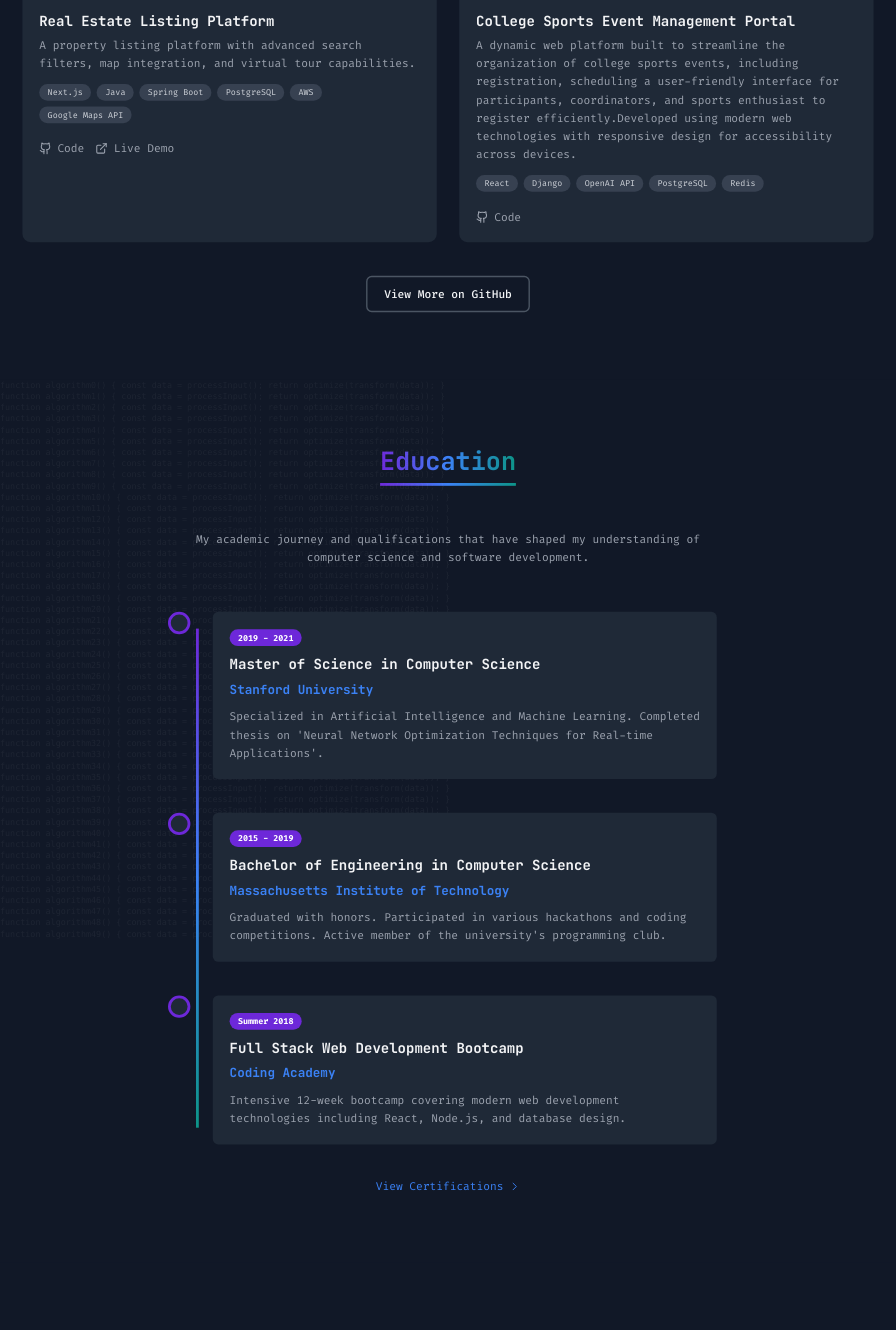
Repository: Saquib45/portfolio
Page: /
These files come from the project's save history. The page is drawn as it stood at one moment and after the next save; the edit follows.
The browser window is 1280 px wide. The pictures show the part of the page from y = 3520 to 5420 px (the page is 7712 px tall), at 70% of full size.
The project was rebuilt for these pictures with package versions that can differ from the ones it lists, and the page was loaded fresh each time. Also part of the build but not shown: vite.config.ts.

Above is the page before, as saved 2025-04-23 21:36:25.

After the next save:
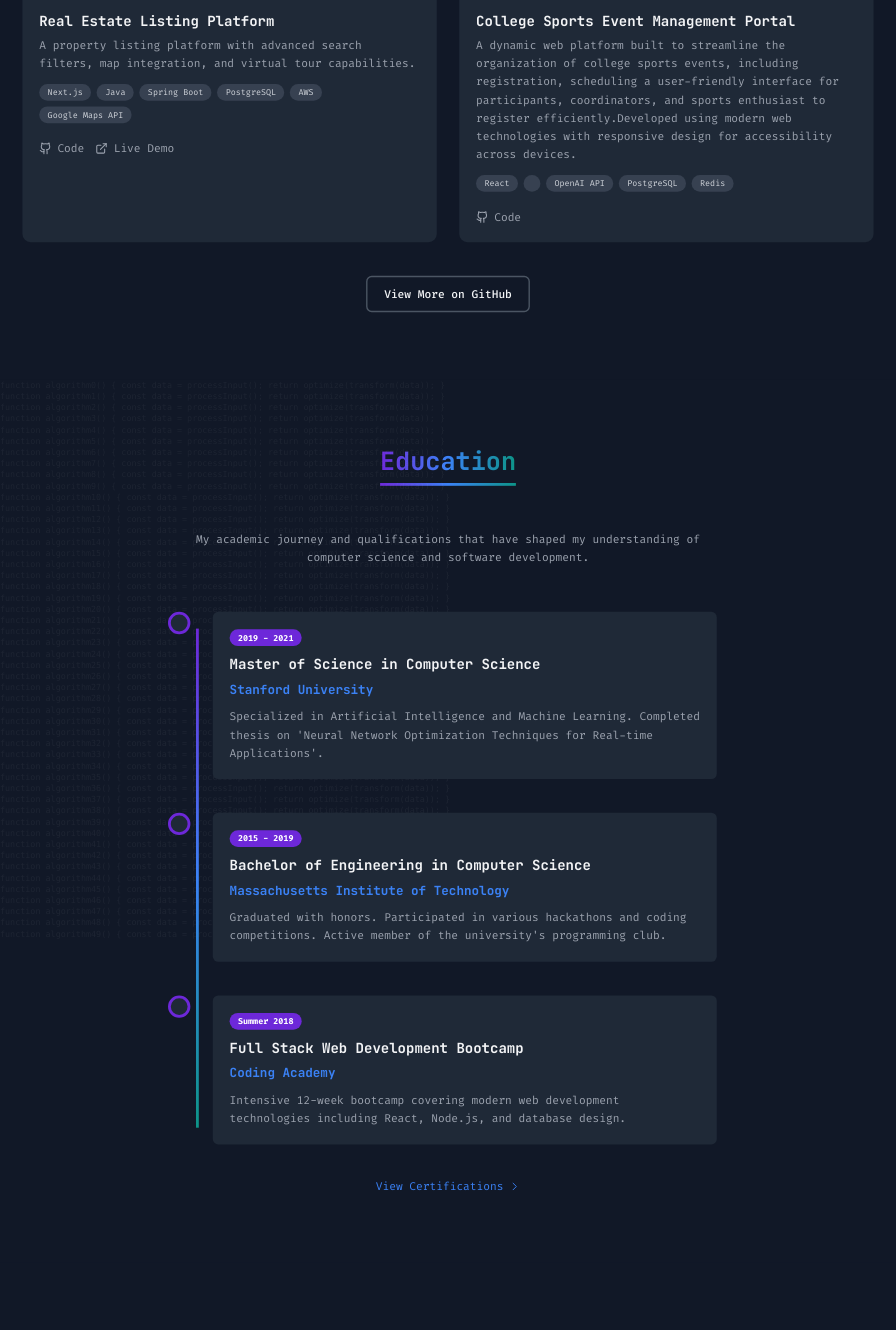
Saved 5 s later.
--- a/src/components/Projects.tsx
+++ b/src/components/Projects.tsx
@@ -71,7 +71,7 @@ const Projects: React.FC = () => {
       title: "College Sports Event Management Portal",
       description: "A dynamic web platform built to streamline the organization of college sports events, including registration, scheduling a user-friendly interface for participants, coordinators, and sports enthusiast to register efficiently.Developed using modern web technologies with responsive design for accessibility across devices.",
       image: "https://images.pexels.com/photos/5380642/pexels-photo-5380642.jpeg?auto=compress&cs=tinysrgb&w=1260&h=750&dpr=2",
-      technologies: ["React", "Django", "OpenAI API", "PostgreSQL", "Redis"],
+      technologies: ["React", "", "OpenAI API", "PostgreSQL", "Redis"],
       githubUrl: "https://github.com",
     },
   ];
